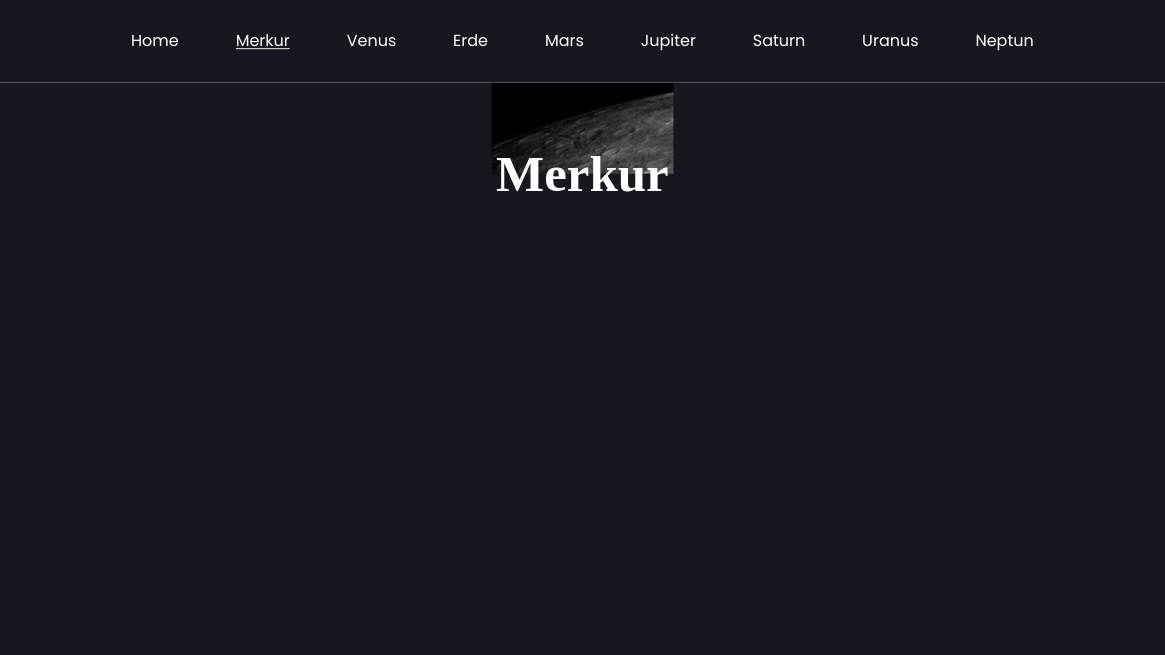
Repository: moreno-livak/solar
Page: dist/html/merkur.html
An editor plug-in stored every save of this project. The page is shown before and after the next save, followed by the edit.
The browser window is 1280 px wide. The pictures show the whole page, at 91% of full size.
The style sheet was rebuilt from its Sass, Less or Tailwind sources for each picture, by a compiler version that may differ from the author's.

Above is the page before, as saved 2022-05-07 12:46:21.
Console error: TypeError: Cannot read properties of null (reading 'getAttribute')

### dist/html/merkur.html
<!DOCTYPE html>
<html>
  <head>
    <!-- Poppins -->
    <link rel="preconnect" href="https://fonts.googleapis.com">
    <link rel="preconnect" href="https://fonts.gstatic.com" crossorigin>
    <link href="https://fonts.googleapis.com/css2?family=Poppins:ital,wght@0,300;0,400;0,500;0,600;0,700;1,300;1,400;1,500;1,600;1,700&display=swap" rel="stylesheet">
    <!-- Playfair Display -->
    <link rel="preconnect" href="https://fonts.googleapis.com">
    <link rel="preconnect" href="https://fonts.gstatic.com" crossorigin>
    <link href="https://fonts.googleapis.com/css2?family=Playfair+Display:wght@700&display=swap" rel="stylesheet">
    <!-- Erscheinungsbild -->
    <link rel="icon" href="../assets/merkur/Merkur_Icon.png">
    <title>Merkur</title>
    <link href="../css/home.css" rel="stylesheet">
  </head>

  <body>
    <nav>
      <ul class="second-nav">
          <li><a href="../index.html">Home</a></li>
          <div class="openMenu"><img class="burger" src="../assets/Menu-Icon.svg" alt="Menu"></div>
      </ul>
      <ul class="mainMenu">
          <li><a class="home" href="../index.html">Home</a></li>
          <li><a class="active margin" href="merkur.html">Merkur</a></li>
          <div class="menu-vl"></div>
          <li><a href="">Venus</a></li>
          <div class="menu-vl"></div>
          <li><a href="">Erde</a></li>
          <div class="menu-vl"></div>
          <li><a href="">Mars</a></li>
          <div class="menu-vl"></div>
          <li><a href="">Jupiter</a></li>
          <div class="menu-vl"></div>
          <li><a href="">Saturn</a></li>
          <div class="menu-vl"></div>
          <li><a href="">Uranus</a></li>
          <div class="menu-vl"></div>
          <li><a href="">Neptun</a></li>
          <div class="closeMenu"><img class="exit" src="../assets/Exit-Menu.svg" alt="Exit"></div>
      </ul>
  </nav>


  <section class="header">
    <div class="image-header"><img src="../assets/Merkur/Merkur-Header.png"></div>
    <h1>Merkur</h1>
  </section>




  <script src="../scripts/merkur.js"></script>
</body>
</html>

### src/scss/home.scss
/*Variablen*/

$left-margin: 9rem;
$base-font-size: 1.1rem;
$transition: .4s;
$main-title: 3.5rem;
$h1: 2.8rem;
$h2: 2.4rem;




/*Scrollbar*/

::-webkit-scrollbar{
    width: .7em;
} // Dicke

::-webkit-scrollbar-track{
    background-color: #242230;
} // Hintergrundfrabe

::-webkit-scrollbar-thumb{
    border-radius: 5px;
    background-color:#312f3f;
    &:hover{
        background-color: #383647;
    }
} // Thumb zum Scrollen




body {
    background: #18171F;
    margin: 0;
    font-family: 'Poppins';
    color: white;
    max-width: 100%;
    overflow-x: hidden;
}



/*Navigation*/

nav {
    border-bottom: 1px #5D5D5D solid;
    .second-nav{
        display: none;
    }

    .menu-vl{
        display: none;
    }

    .openMenu{
        display: none;
    }

    .closeMenu{
        display: none;
    }

    ul{
        margin: 2rem $left-margin 2rem $left-margin;
        display: flex;
        justify-content: space-between;
        li{
            list-style-type: none;
            margin-left: -2.5em;
            a{
                border: none;
                color: white;
                font-size: $base-font-size;
                font-weight: medium;
                text-decoration: none;
                display: inline-block;
                position: relative;
                clip-path: polygon(0 0, 100% 0, 100% 100%, 0% 100%);
                &:before, &:after {
                    position: absolute;
                    content: '';
                    border-bottom: 2px solid rgb(255, 255, 255);
                    border-radius: 0em;
                    bottom: .1em;
                    transition: transform .8s cubic-bezier(0.075, 0.82, 0.165, 1);
                }

               &:before {
                    width: 0.01em;
                    margin-left: -.1em;
                    transform-origin: left;
                }

                &:hover:before {
                    margin-left: 0em;
                    transform: scaleX(88);
                }
            }
            .active{
                text-decoration: underline;
                color: #ffffff;
                text-underline-offset: 0.14em;
            }
        }
    }
}





/*Header*/

header{
    justify-content: space-between;
    display: flex;
    .left{
        float:left;
        margin: 8rem 0 0 $left-margin;
        h1{
            font-family: 'Playfair+Display';
            font-size: $main-title;
            width: 10em;
        }
        p{
            font-size: $base-font-size;
            margin-right: 3rem;
        }
        .cta{
            display: flex;
            background: #242230;
            border-radius: 10px;
            margin-top: 2.5rem;
            width: 19.5rem;
            a{
                background: #FDB513;
                margin-right: 1em;
                padding: .5em 1em .5em 1em;
                border-radius: 8px;
                color: #18171F;
                font-weight: bold;
                font-size: $base-font-size;
                text-decoration: none;
                margin: .5em;
                transition: $transition;
            }
            a:hover{
                margin: 0;
                padding: 1em 1.5em 1em 1.5em;
                transition: $transition;
            }
            p{
                margin: auto 1rem auto 1rem;
                font-size: $base-font-size;
            }
        }
    }
    img{
        margin-top: 3em;
        float:right;
    }
}




/*Quikfacts*/

section.quik-facts{
    margin: 6rem 18rem 6rem 18rem;
    display: flex;
    flex-wrap: wrap;
    justify-content: space-between;
    .quik-fact{
        display: flex;
        margin: 0 2rem 0 2rem;
        p.number{
            font-family: 'Playfair';
            font-size: 3.5rem;
            font-weight: bold;
            color: #ffffff;
            margin: 1rem 1.5rem 0 1.5rem;
        }
        p{
            font-family: 'Poppins';
            color: #BDBDBD;
            font-size: $base-font-size;
        }
    }
}




/*Orbitale Ebene*/

section.orbit{
    margin: 9rem $left-margin 9rem $left-margin;
    h1{
        font-size: $h1;
        font-family: 'Playfair';
        font-weight: bold;
    }

    p{
        font-size: $base-font-size;
        text-align: justify;
        font-weight: 400;
        margin-bottom: 2rem;
    }

    div.content{
        background: #242230;
        border-radius: 10px;
        display: flex;
        padding: .7rem 3rem .7rem .7rem;
        .vl{
            border-left: 3.5px solid #383647;
            margin: auto 2rem auto 2rem;
            height: 6rem;
            border-radius: 10px;
        }
        p{
          font-size: $base-font-size;
          text-align: justify;
          font-weight: 400;
          margin: auto 0 auto 0;
        }
    }

    h2{
        font-size: $h2;
        font-family: 'Playfair';
        font-weight: bold;
        margin-top: 3.5rem;
    }

    .tooltip-dark{
        color: #4884F6;
        cursor: pointer;
        position: relative;
        .tip{
            visibility: hidden;
            width: 200px;
            background-color: #18171F;
            color: #fff;
            text-align: center;
            border-radius: 10px;
            padding: 10px 5px 10px 5px;
            position: absolute;
            display: inline-block;
            bottom: 120%;
            left: 50%;
            margin-left: -110px;
            opacity: 0;
            transition: opacity 0.3s;
            z-index: 1000;
        }
        .tip.active{
            visibility: visible;
            opacity: 1;
        }
    }
    .tooltip-light{
        color: #4884F6;
        cursor: pointer;
        position: relative;
        .tip{
            visibility: hidden;
            width: 245px;
            background-color: #242230;
            color: #fff;
            text-align: center;
            border-radius: 10px;
            padding: 10px 5px 10px 5px;
            position: absolute;
            display: inline-block;
            bottom: 120%;
            left: 50%;
            margin-left: -125px;
            opacity: 0;
            transition: opacity 0.3s;
            z-index: 1000;
        }
        .tip.active{
        visibility: visible;
        opacity: 1;
        }
    }




    /*Tabs*/

    .struggle{
        margin-top: 2rem;
        background: #242230;
        width: 23.9rem;
        border-radius: 10px;
        ul{
            display: flex;
            padding: 0.7rem;
        }
    }
    .tabs .trigger{
        list-style-type: none;
        padding: 10px;
        background: #242230;
        border-radius: 6px;
        display: inline-block;
        padding: 10px 20px;
        cursor: pointer;
    }
    .tabs .trigger.active{
        background: #18171F;
        color: white;
    }
    .tabs .content{
        background: #242230;
        display: none;
    }
    .tabs .content.active{
        display: flex;
        margin-top: 1.5rem;
    }


    .link{
        color: #4884F6;
        text-decoration: none;
    }


    //Trigger
    .dropdown .trigger{
        border: 1px solid #242230;
        border-radius: 10px;
        background: #242230;
        font-size: $base-font-size;
        position: relative;
        cursor: pointer;
        margin: 2rem 0 1em 0;
        padding: 1.5rem;
    }
    .dropdown .trigger.active{
        border: 1px solid #242230;
        border-radius: 10px 10px 0 0;
        background: #242230;
        margin: 2rem 0 0em 0;
    }

    // Symbol
    .dropdown .trigger::after{
        content: ">";
        font-family: 'Arial';
        font-size: large;
        background: #312f3f;
        border-radius: 50%;
        padding: .5rem 2rem .5rem 2rem;
        margin: -.4rem -1.5rem 0rem 0rem;
        right: 1.5rem;
        display: inline-block;
        position: absolute;
        transform: rotate(90deg) scale(0.5, 1);
        font-weight: bold;
        transition: transform 0.3s;
        font-size: 1.2rem;
        font-weight: 400;
    }
    .dropdown .trigger.active::after{
        transform: rotate(-90deg) scale(0.5, 1);
    }

    // Content
    .dropdown .content{
        display: none;
    }
    .dropdown .content.active{
        display: block;
        border: 2px solid #242230;
        background: #18171F;
        font-size: $base-font-size;
        border-radius: 0 0 10px 10px;
        padding: 1.5rem 1.5rem 1.5rem 1.5rem;
        margin-top: -1px;
    }
}



/*Planeten Erkunden*/

.more{
    margin: 3rem $left-margin 4rem $left-margin;
    h1{
        font-size: $h1;
        font-family: 'Playfair';
        font-weight: bold;
    }
    .planets{
        display: grid;
        grid-template-columns: repeat(8, 1fr);
        column-gap: 1.5rem;
        .planet{
            display: grid;
            grid-template-rows: repeat(2, 1fr);
            grid-template-rows: 3rem 4rem;
            place-items: center;
            background: #242230;
            border-radius: 10px;
            text-align: center;
            bottom: 0;
            padding: 1rem 2rem 1rem 2rem;
            text-decoration: none;
            color: #ffffff;
            p{
                margin: 1rem 0 0rem 0;
            }
            img{
                margin: 2rem 0 1rem 0;
                transition: $transition;
            }
        }
        .planet:hover{
            img{
                margin: 1.5rem 0 1.5rem 0;
                transform: rotate(180deg);
                transition: $transition;
            }
        }
    }
}




/*Footer*/
footer{
    margin: $left-margin 0 3rem 0;
    display: flex;
    justify-content: space-around;
    border-top: 1px #5D5D5D solid;
    div{
        margin: 3rem 4rem 0 4rem;
        a{
            margin: 0 2rem 0 2rem;
            text-decoration: none;
            color: #BDBDBD;
            font-size: $base-font-size;
            display: inline-block;
            border: none;
            position: relative;
            clip-path: polygon(0 0, 100% 0, 100% 100%, 0% 100%);
            &:before, &:after {
                position: absolute;
                content: '';
                border-bottom: 2px solid #BDBDBD;
                border-radius: 0em;
                bottom: .1em;
                transition: transform .8s cubic-bezier(0.075, 0.82, 0.165, 1);
            }

           &:before {
                width: 0.01em;
                margin-left: -.1em;
                transform-origin: left;
            }

            &:hover:before {
                margin-left: 0em;
                transform: scaleX(124);
            }
        }
    }
}


/*Other Pages*/
div.sketchfab-embed-wrapper{
    display: grid;
    place-content: center;
    iframe{
        border-radius: 10px;
        width: 77rem;
        margin: 1rem auto 1rem auto;
    }
  }

  .mercury-gif{
    transform: rotate(90deg);
    border-radius: 8px;
    margin-left: 8rem;
  }

  .video{
    border-radius: 8px;
    margin-left: 8rem;
    height: 15rem;
  }

  .header{
    display: grid;
    place-items: center;
    .image-header{
        height: 100px;
        width: 200px;
        overflow: hidden;
    }
    h1{
        font-size: $main-title;
        font-family: 'Playfair-Display';
        margin-top: -2rem;
    }
  }

/*Media Queries*/
@import 'home-mq';

Loaded but not shown: src/merkur.js (110 lines, source omitted); src/scss/_home-mq.scss (869 lines, source omitted)

After the next save:
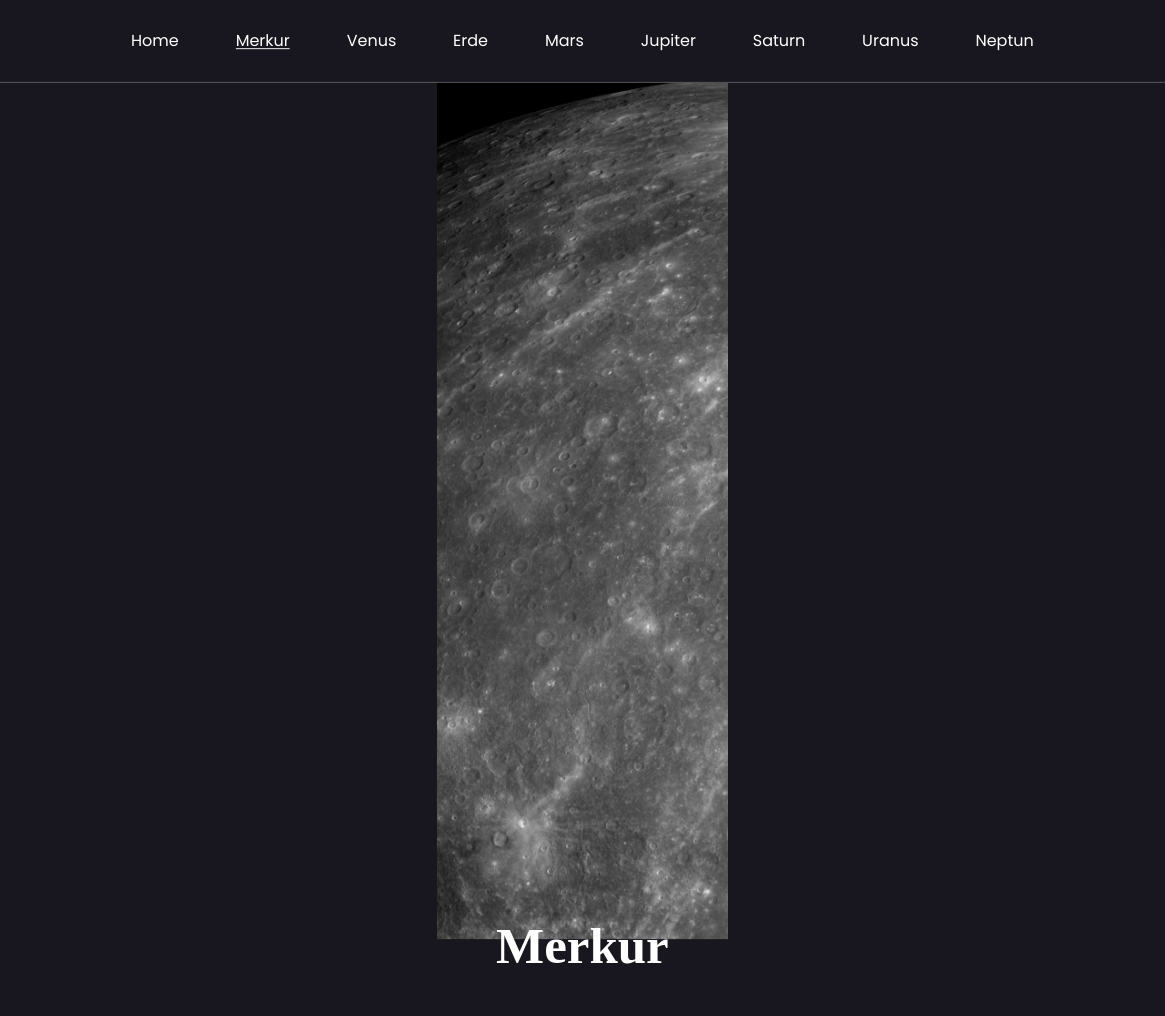
Saved 12 s later.
--- a/src/scss/home.scss
+++ b/src/scss/home.scss
@@ -505,8 +505,8 @@ div.sketchfab-embed-wrapper{
     display: grid;
     place-items: center;
     .image-header{
-        height: 100px;
-        width: 200px;
+        height: 100%;
+        width: 20rem;
         overflow: hidden;
     }
     h1{
